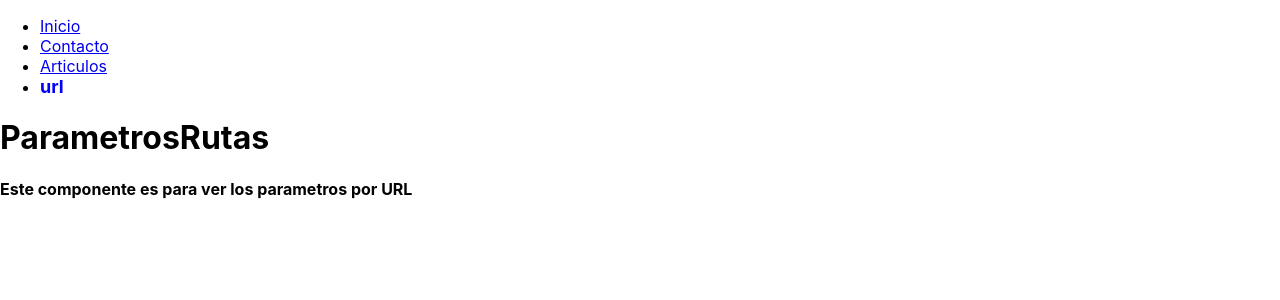
Repository: DamianBermudez94/react-router
Page: /parametrosRutas
These files come from the project's save history. The page is drawn as it stood at one moment and after the next save; the edit follows.
The browser window is 1280 px wide. The pictures show the whole page.
The project was rebuilt for these pictures with package versions that can differ from the ones it lists, and the page was loaded fresh each time. Also part of the build but not shown: src/components/Inicio.js, src/components/Articulos.js, src/components/Contacto.js, src/components/Error.js.

Above is the page before, as saved 2023-04-29 11:34:20.

After the next save:
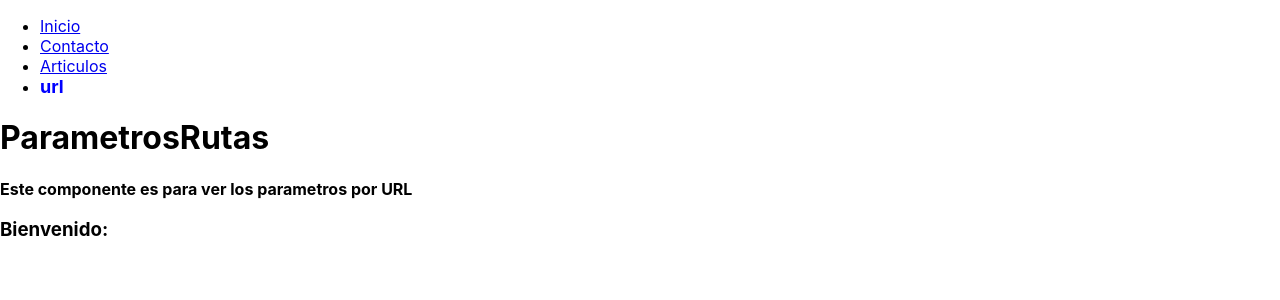
Saved 3 min 29 s later.
--- a/src/components/ParametrosRutas.js
+++ b/src/components/ParametrosRutas.js
@@ -1,10 +1,14 @@
 import React from 'react'
+import { useParams } from 'react-router-dom'
 
 export const ParametrosRutas = () => {
+    const {nombre, apellido} = useParams();
+
   return (
     <div>
         <h1>ParametrosRutas</h1>
         <strong>Este componente es para ver los parametros por URL</strong>
+        <h3>Bienvenido: {nombre} {apellido}</h3>
 
     </div>
   )
